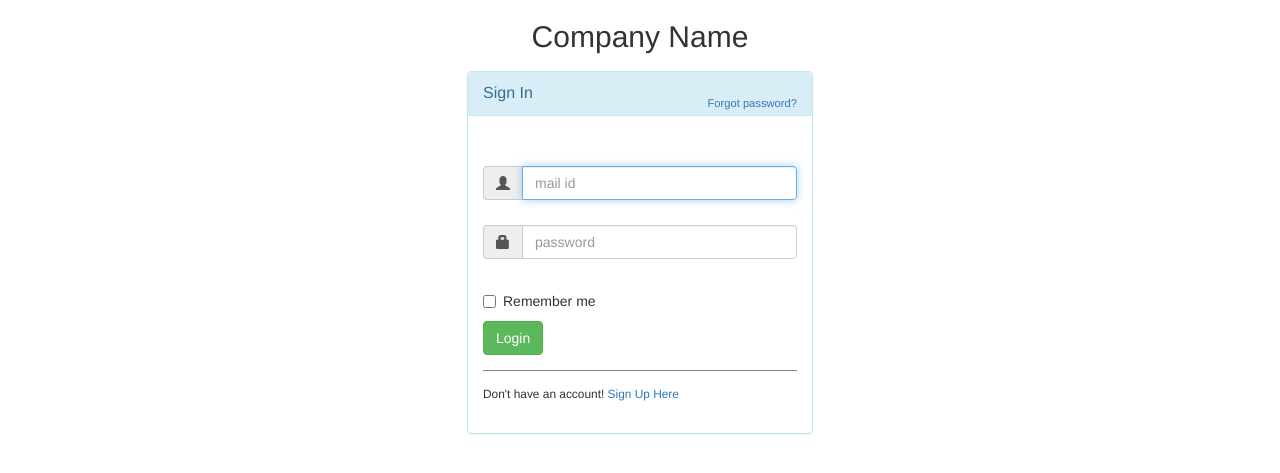
Repository: jayakumar721/projects
Page: TestEngine/WebContent/Login.html
These files come from the project's save history. The page is drawn as it stood at one moment and after the next save; the edit follows.
The browser window is 1280 px wide. The pictures show the whole page.
Some web libraries are served in a nearby version.

Above is the page before, as saved 2017-11-24 12:16:34.

After the next save:
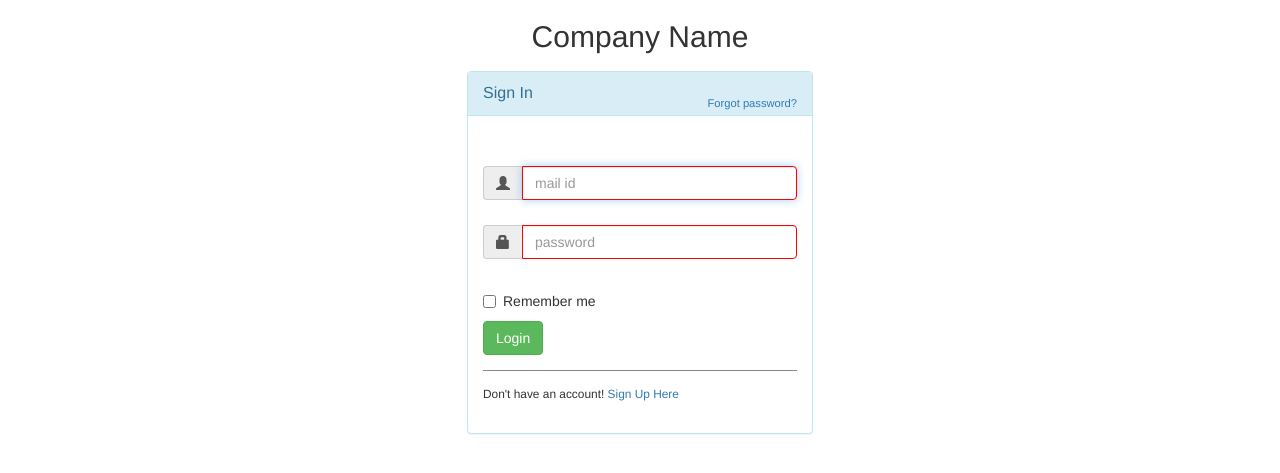
Saved 59 s later.
--- a/TestEngine/WebContent/Login.html
+++ b/TestEngine/WebContent/Login.html
@@ -33,16 +33,11 @@
 	bottom: 0;
 	left: 0;
 }
-
-
-input:focus {
-
-    color: #0c0;
-  }
-
+input{
+border-color:#fff;
+}
 input:required:invalid{
-
-    color: #c00;
+border-color:red;
 }
 </style>
 </head>

After the save that followed:
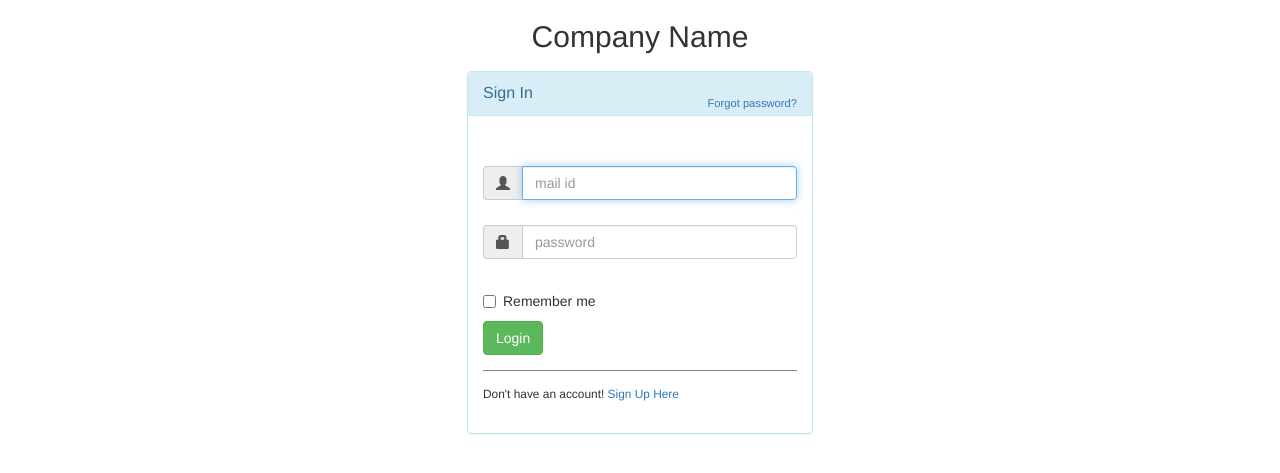
Saved 3 min 15 s later.
--- a/TestEngine/WebContent/Login.html
+++ b/TestEngine/WebContent/Login.html
@@ -33,11 +33,8 @@
 	bottom: 0;
 	left: 0;
 }
-input{
-border-color:#fff;
-}
-input:required:invalid{
-border-color:red;
+input[type=text]:optional {
+  border: 1px solid #eee;
 }
 </style>
 </head>
